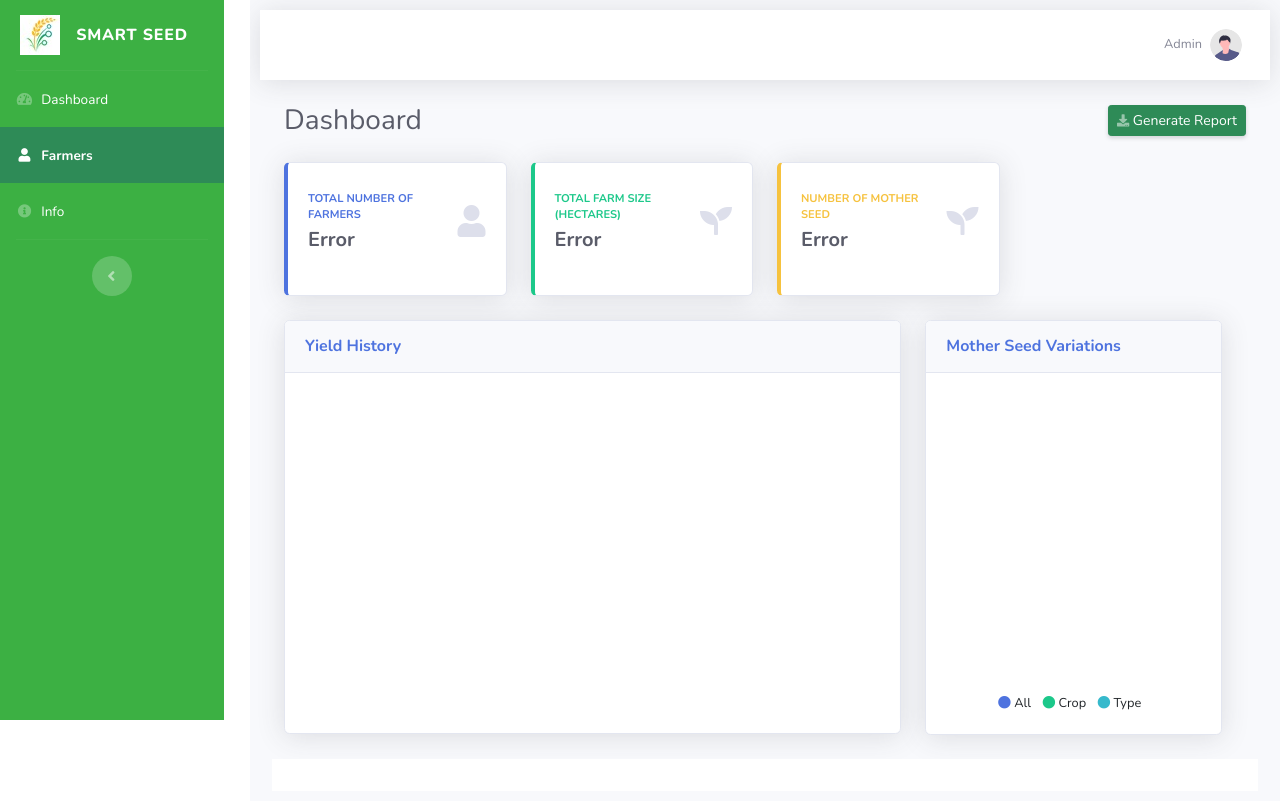
Repository: IFoundGeorge/Smart-Seed-v8-master
Page: src/index.html
The author's editor kept a copy of each file at every save. The page is drawn from the files as they stood at one save, then again after the next save.
The browser window is 1280 px wide. The pictures show the whole page.
The page's requests for data from a server got no answer. Some web libraries are served in a nearby version.

Above is the page before, as saved 2025-03-26 02:26:50.

After the next save:
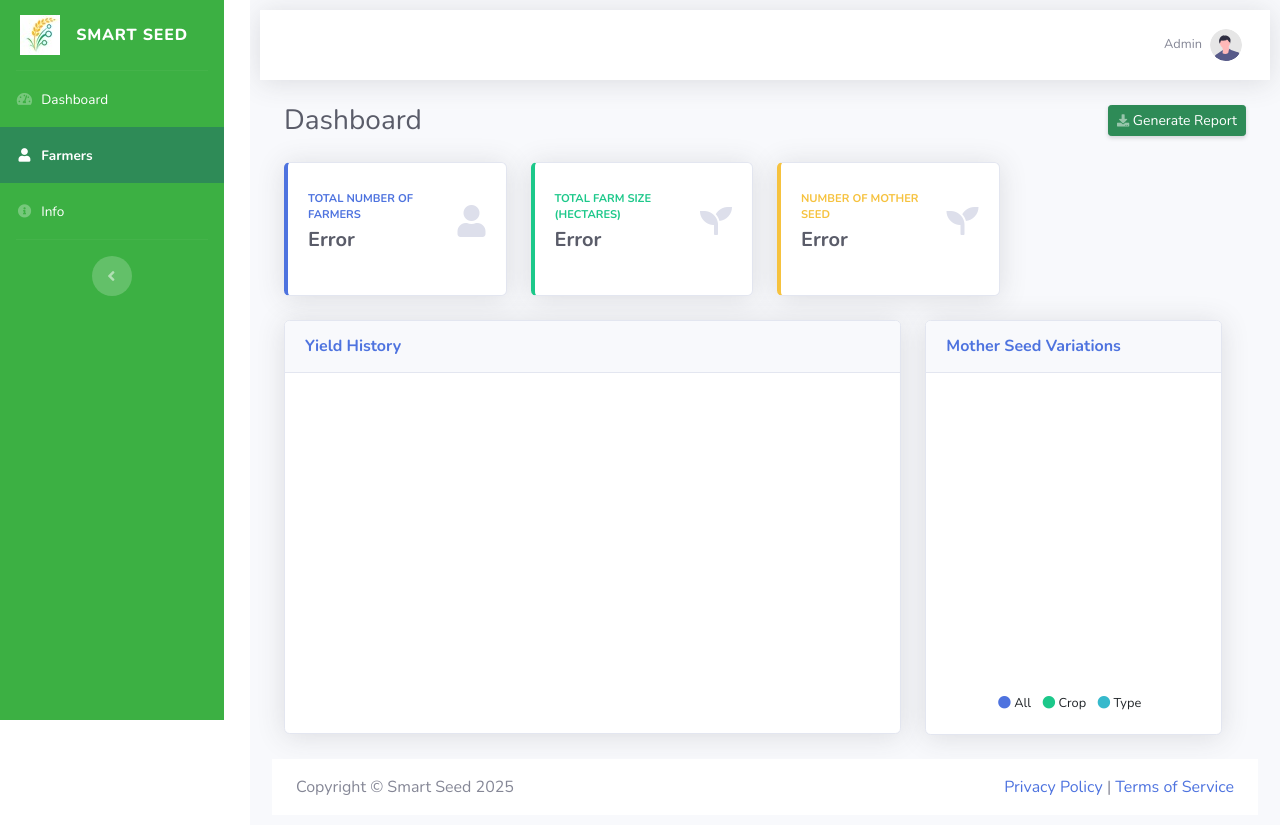
Console error: ReferenceError: jQuery is not defined
Saved 8 s later.
--- a/src/index.html
+++ b/src/index.html
@@ -520,6 +520,22 @@
             <!-- Footer -->
             <footer class="sticky-footer bg-white">
                 <div class="container my-auto">
+                    <div class="row">
+                        <div class="col-md-6 text-center text-md-left">
+                            <span>Copyright &copy; Smart Seed 2025</span>
+                        </div>
+                        <div class="col-md-6 text-center text-md-right">
+                            <a href="privacy-policy.html" class="text-primary">Privacy Policy</a> |
+                            <a href="terms-of-service.html" class="text-primary">Terms of Service</a>
+                        </div>
+                    </div>
+                </div>
+            </footer>
+            <!-- End of Footer -->
+
+
+    <!-- End of Page Wrapper -->
+
     <!-- Scroll to Top Button-->
     <a class="scroll-to-top rounded" href="#page-top">
         <i class="fas fa-angle-up"></i>
@@ -538,22 +554,6 @@
                 </div>
                 <div class="modal-body">Select "Logout" below if you are ready to end your current session.</div>
                 <div class="modal-footer">
-                    <button class="btn btn-secondary" type="button" data-dismiss="modal">Cancel</button>
-                    <a class="btn btn-primary" href="login.html">Logout</a>
-                </div>
-            </div>
-        </div>
-    </div>
-
-    <!-- Bootstrap core JavaScript-->
-    <script src="../vendor/jquery/jquery.min.js"></script>
-    <script src="../vendor/bootstrap/js/bootstrap.bundle.min.js"></script>
-    <script src="https://cdn.jsdelivr.net/npm/chart.js"></script>
-
-
-    <!-- Core plugin JavaScript-->
-    <script src="../vendor/jquery-easing/jquery.easing.min.js"></script>
-
     <!-- Custom scripts for all pages-->
     <script src="../js/sb-admin-2.min.js"></script>
 
